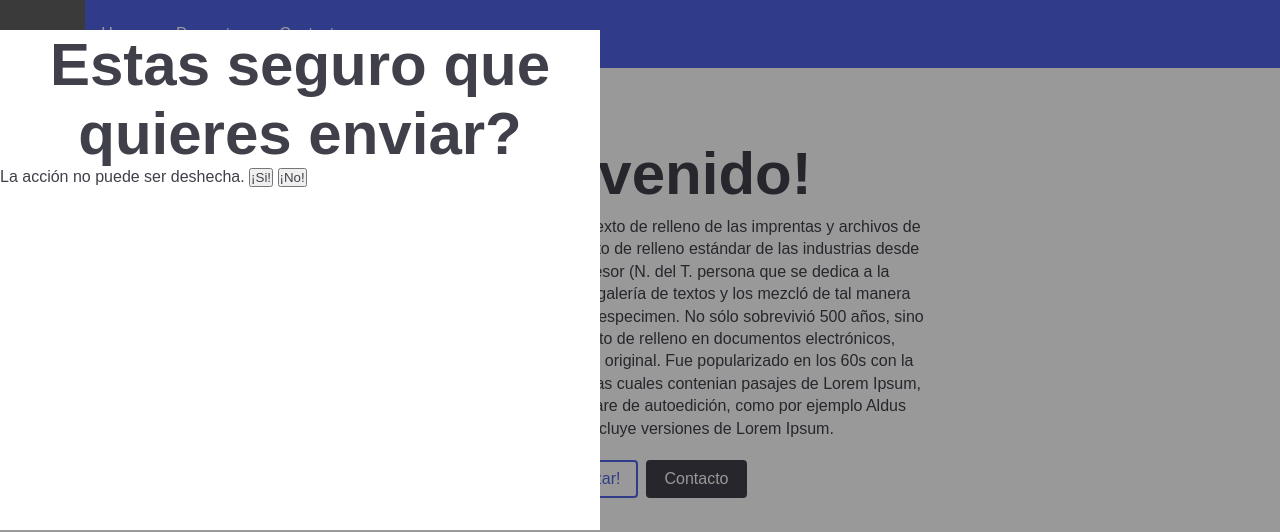
Repository: robsonmarkes/accesibilidad
Page: index.html
These files come from the project's save history. The page is drawn as it stood at one moment and after the next save; the edit follows.
The browser window is 1280 px wide. The pictures show the part of the page from y = 0 to 532 px (the page is 2098 px tall).
Pictures or frames that could not be fetched are drawn as grey boxes. A picture or video elsewhere on the page could not be fetched, so the positions and the page height are approximate.

Above is the page before, as saved 2022-10-11 11:39:18.

After the next save:
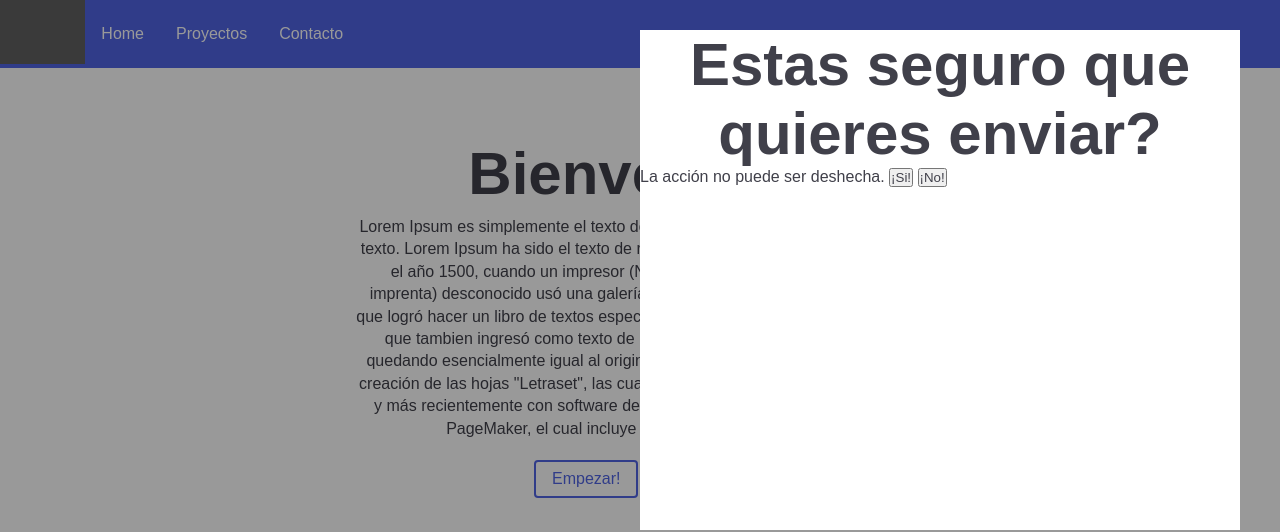
Saved 30 s later.
--- a/style.css
+++ b/style.css
@@ -225,7 +225,7 @@
     height: 500px;
     position: fixed;
     top: 30px;
-    left: calc(100vw-600px/2);
+    left: calc(100vw/2);
     background-color:#fff;
     z-index: 3;
     margin: 0 auto;

After the save that followed:
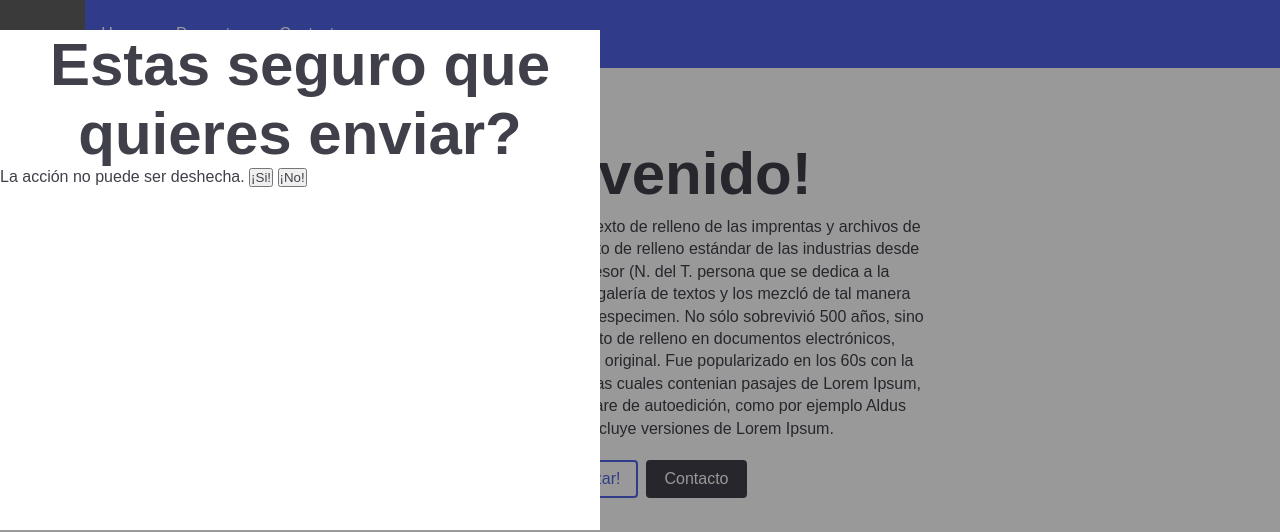
Saved 8 s later.
--- a/style.css
+++ b/style.css
@@ -225,7 +225,7 @@
     height: 500px;
     position: fixed;
     top: 30px;
-    left: calc(100vw/2);
+    left: calc(100vw-600px/2);
     background-color:#fff;
     z-index: 3;
     margin: 0 auto;
